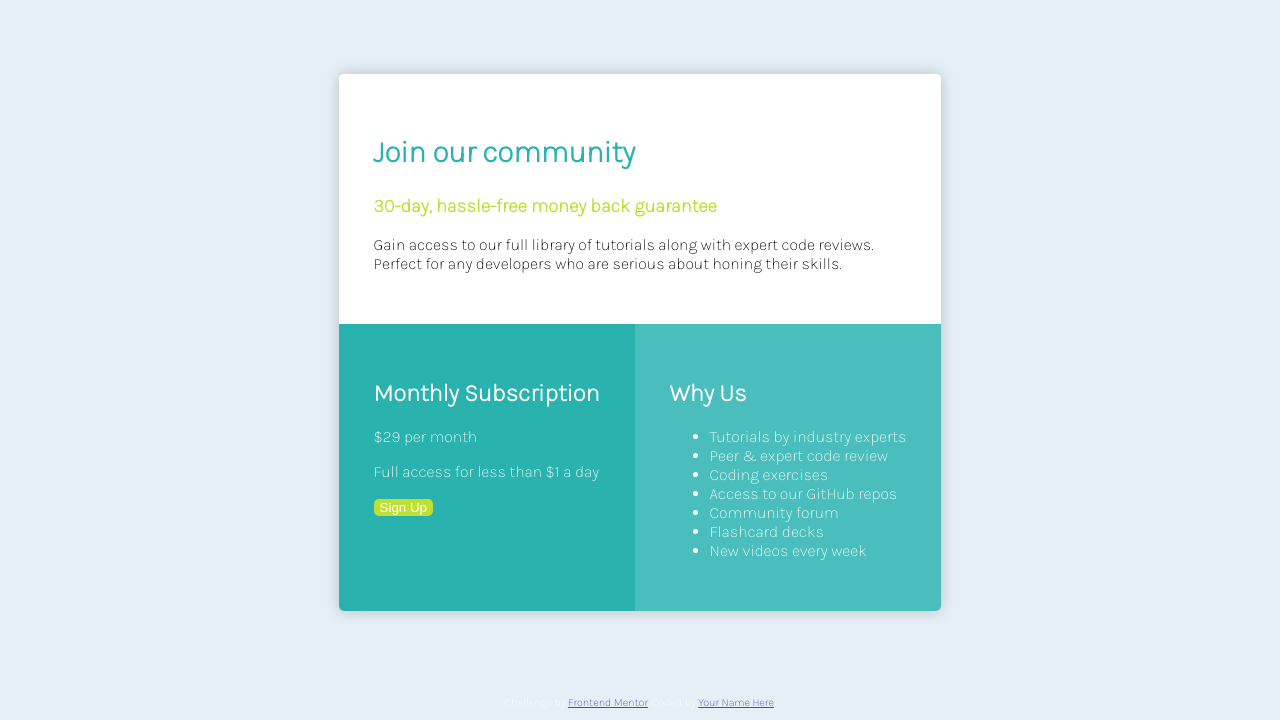
Repository: jminervino/PriceGridComponent
Page: index.html
The author's editor kept a copy of each file at every save. The page is drawn from the files as they stood at one save, then again after the next save.
The browser window is 1280 px wide. The pictures show the whole page.

Above is the page before, as saved 2022-02-08 13:43:10.

### index.html
<!DOCTYPE html>
<html lang="en">
<head>
  <meta charset="UTF-8">
  <meta name="viewport" content="width=device-width, initial-scale=1.0"> <!-- displays site properly based on user's device -->

  <link rel="icon" type="image/png" sizes="32x32" href="./images/favicon-32x32.png">
  <link rel="stylesheet" href="style.css">

  <title>Frontend Mentor | Single Price Grid Component</title>

  <!-- Feel free to remove these styles or customise in your own stylesheet 👍 -->
  <style>
    .attribution { font-size: 11px; text-align: center; }
    .attribution a { color: hsl(228, 45%, 44%); }
  </style>
</head>
<body>
    <main>
        <section class="box-one">
            <h2>Join our community</h2>
            <h3 class="yellow-text">30-day, hassle-free money back guarantee</h3>

            <p>
              Gain access to our full library of tutorials along with expert code reviews. <br>
              Perfect for any developers who are serious about honing their skills.
            </p>
        </section>
        <section class="box-two">
            <h2>Monthly Subscription</h2>

            <p class="faded">
              <span class="big">&dollar;29</span> per month
            </p>
            <p>Full access for less than &dollar;1 a day</p>

            <button>Sign Up</button>
        </section>
        <section class="box-three">
            <h2>Why Us</h2>
            <ul>
                <li>Tutorials by industry experts</li>
                <li>Peer &amp; expert code review</li>
                <li>Coding exercises</li>
                <li>Access to our GitHub repos</li>
                <li>Community forum</li>
                <li>Flashcard decks</li>
                <li>New videos every week</li>
            </ul>
        </section>
    </main>
    <footer>
        <p class="attribution">
          Challenge by <a href="https://www.frontendmentor.io?ref=challenge" target="_blank">Frontend Mentor</a>.
          Coded by <a href="#">Your Name Here</a>.
        </p>
    </footer>
</body>
</html>

### style.css
@import url('https://fonts.googleapis.com/css2?family=Karla:ital,wght@0,200;1,200&family=Open+Sans+Condensed:wght@300&family=Quicksand:wght@300;400;500;600;700&display=swap');

* {
    box-sizing: border-box;
}

body {
    font-family: "karla", sans-serif;
    display: flex;
    align-items: center;
    justify-content: center;
    background-color: hsl(204, 43%, 93%);
    margin: 0;
    min-height: 100vh;
    flex-direction: column;
    color: #ffffff;
}

main {
    background-color: #ffffff;
    max-width: 1440px;
    min-width: 600px;
    margin: auto;
    display: grid;
    grid-template-columns: auto auto;
    box-shadow: 0px 0px 15px rgba(0, 0, 0, 0.2);
    border-radius: 5px;
    overflow: hidden;
}

section {
    padding: 35px;
}

button {
    background-color: hsl(71, 73%, 54%);
    color: #ffffff;
    border-radius: 5px;
    border: none;
}

p {
    font-size: 16px;
}

.box-one {
    color: black;
    grid-column: 1/3;
}

.box-one h2 {
    font-size: 30px;
    color: hsl(179, 62%, 43%);
}

.yellow-text {
    color: hsl(71, 73%, 54%);
}

.box-two {
    background-color: hsl(179, 62%, 43%);
}

.box-three {
    background-color: #4abebd;
    justify-content: center;
}

After the next save:
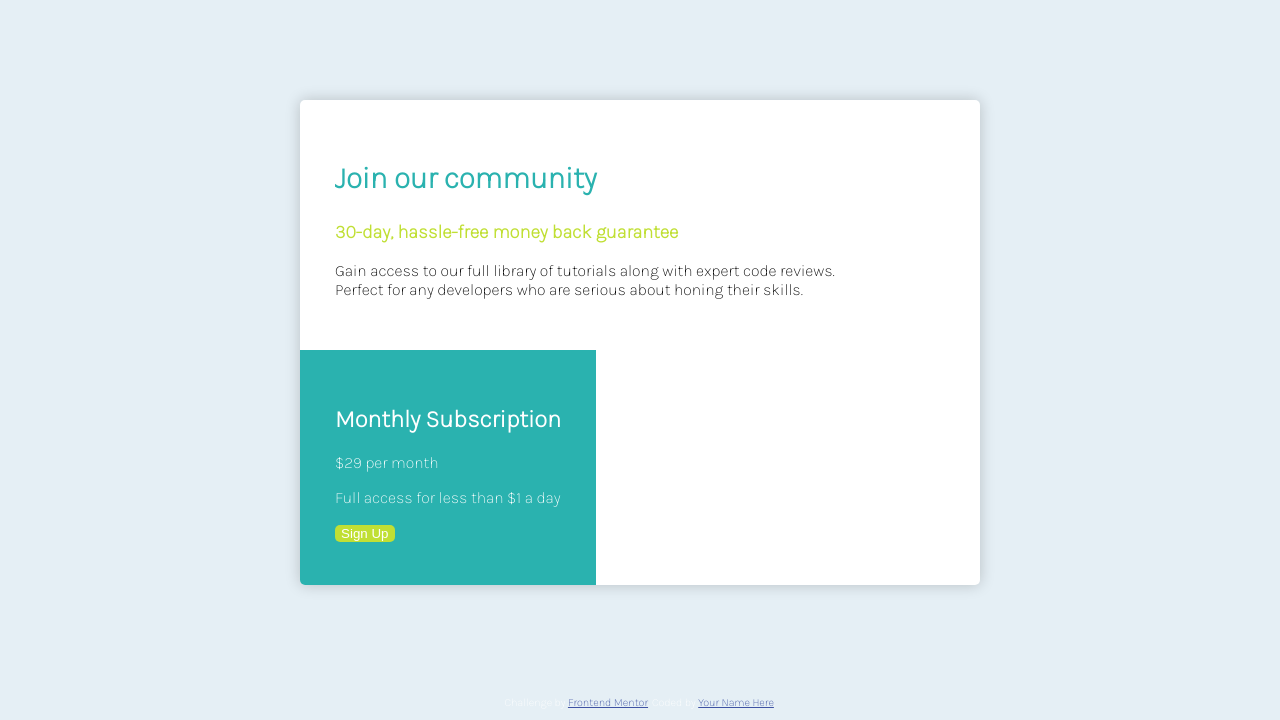
Saved 6 s later.
--- a/style.css
+++ b/style.css
@@ -62,6 +62,5 @@ p {
 }
 
 .box-three {
-    background-color: #4abebd;
-    justify-content: center;
+    display: flex;
 }

After the save that followed:
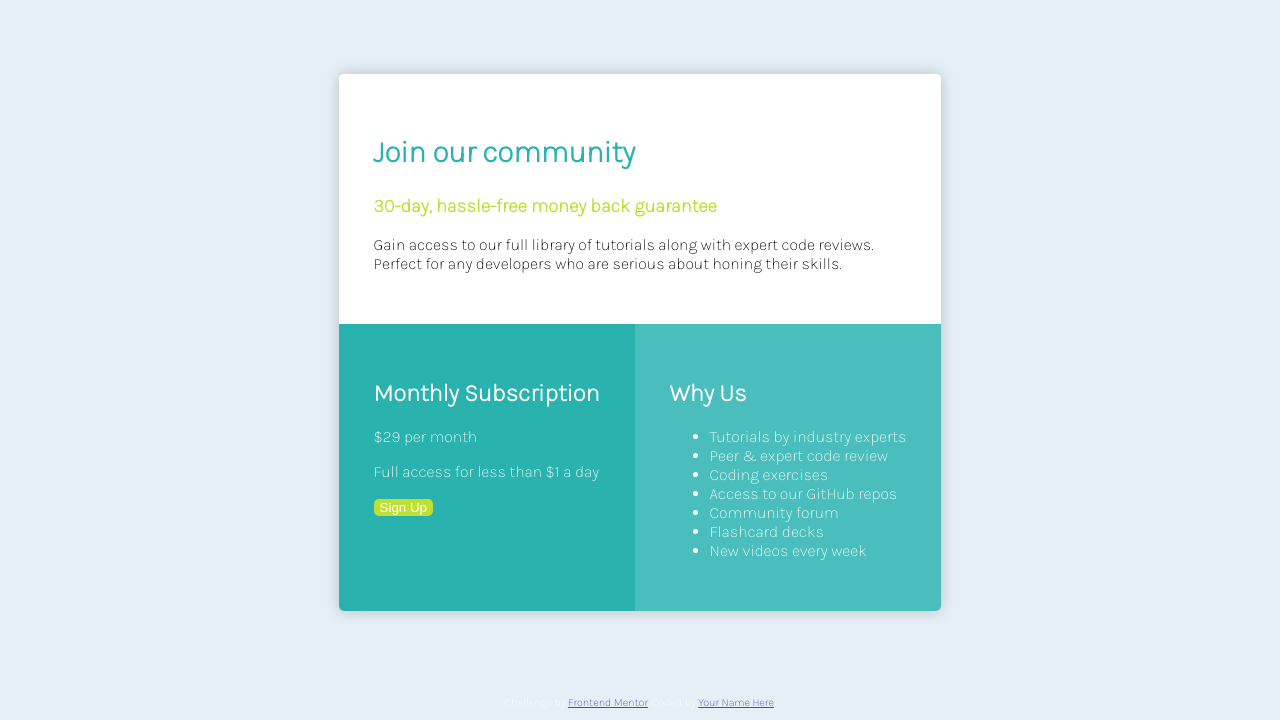
Saved 7 s later.
--- a/style.css
+++ b/style.css
@@ -62,5 +62,6 @@ p {
 }
 
 .box-three {
-    display: flex;
+    background-color: #4abebd;
+    justify-content: ;
 }
